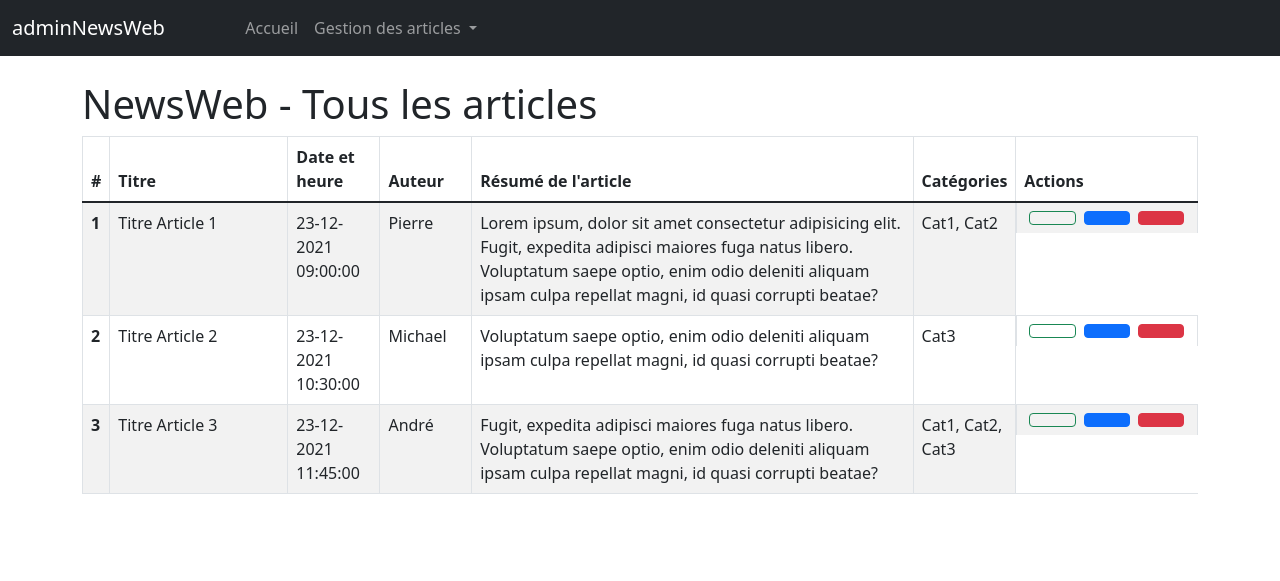
Repository: WebFormP/NewsWeb_PHP
Page: http://localhost/admin/
The author's editor kept a copy of each file at every save. The page is drawn from the files as they stood at one save, then again after the next save.
The browser window is 1280 px wide. The pictures show the whole page.
The page is run by PHP 8.4 with error messages shown; the project is at /var/www/html/.

Above is the page before, as saved 2022-01-20 13:53:29.

After the next save:
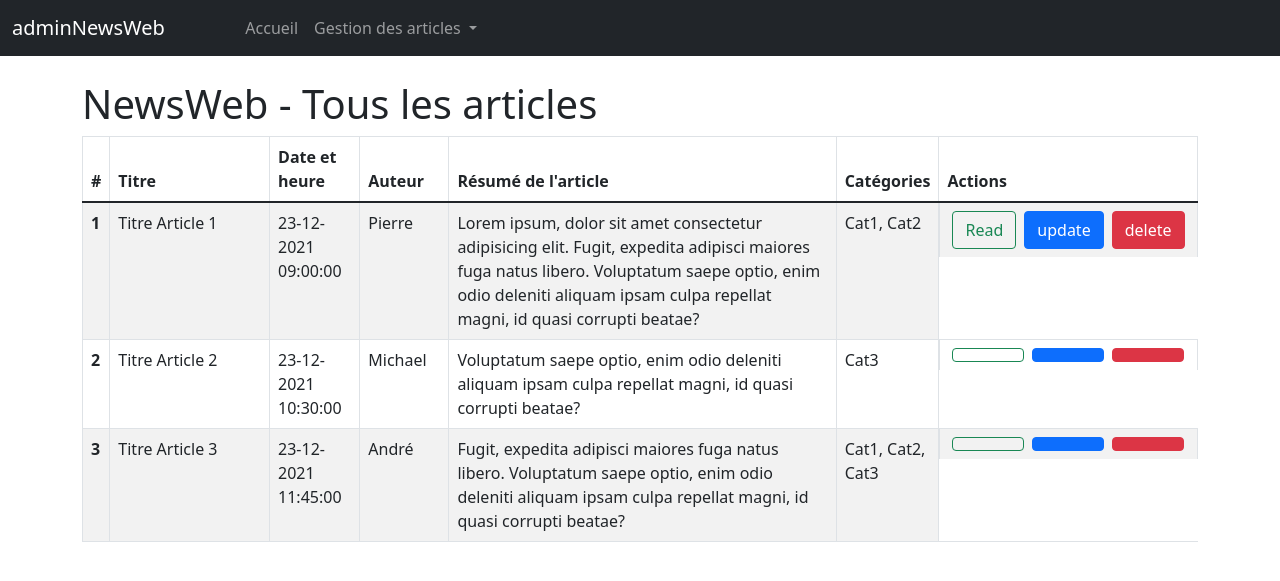
Saved 45 s later.
--- a/admin/lireTousArticles.php
+++ b/admin/lireTousArticles.php
@@ -21,9 +21,9 @@
         <td>Lorem ipsum, dolor sit amet consectetur adipisicing elit. Fugit, expedita adipisci maiores fuga natus libero. Voluptatum saepe optio, enim odio deleniti aliquam ipsam culpa repellat magni, id quasi corrupti beatae?</td>
         <td>Cat1, Cat2</td>
         <td class="d-flex">
-          <a class="btn btn-outline-success col mx-1" href="lireArticle.html" role="button"><i class="bi bi-file-earmark-text"></i></a>
-          <a class="btn btn-primary col mx-1" href="modifierArticle.html" role="button"><i class="bi bi-pencil-square"></i></a>
-          <a class="btn btn-danger col mx-1" href="supprimerArticle.html" role="button"><i class="bi bi-x-square-fill"></i></a>
+          <a class="btn btn-outline-success col mx-1" href="lireArticle.html" role="button">Read<i class="bi bi-file-earmark-text"></i></a>
+          <a class="btn btn-primary col mx-1" href="modifierArticle.html" role="button">update<i class="bi bi-pencil-square"></i></a>
+          <a class="btn btn-danger col mx-1" href="supprimerArticle.html" role="button">delete<i class="bi bi-x-square-fill"></i></a>
         </td>
       </tr>
       <tr>
